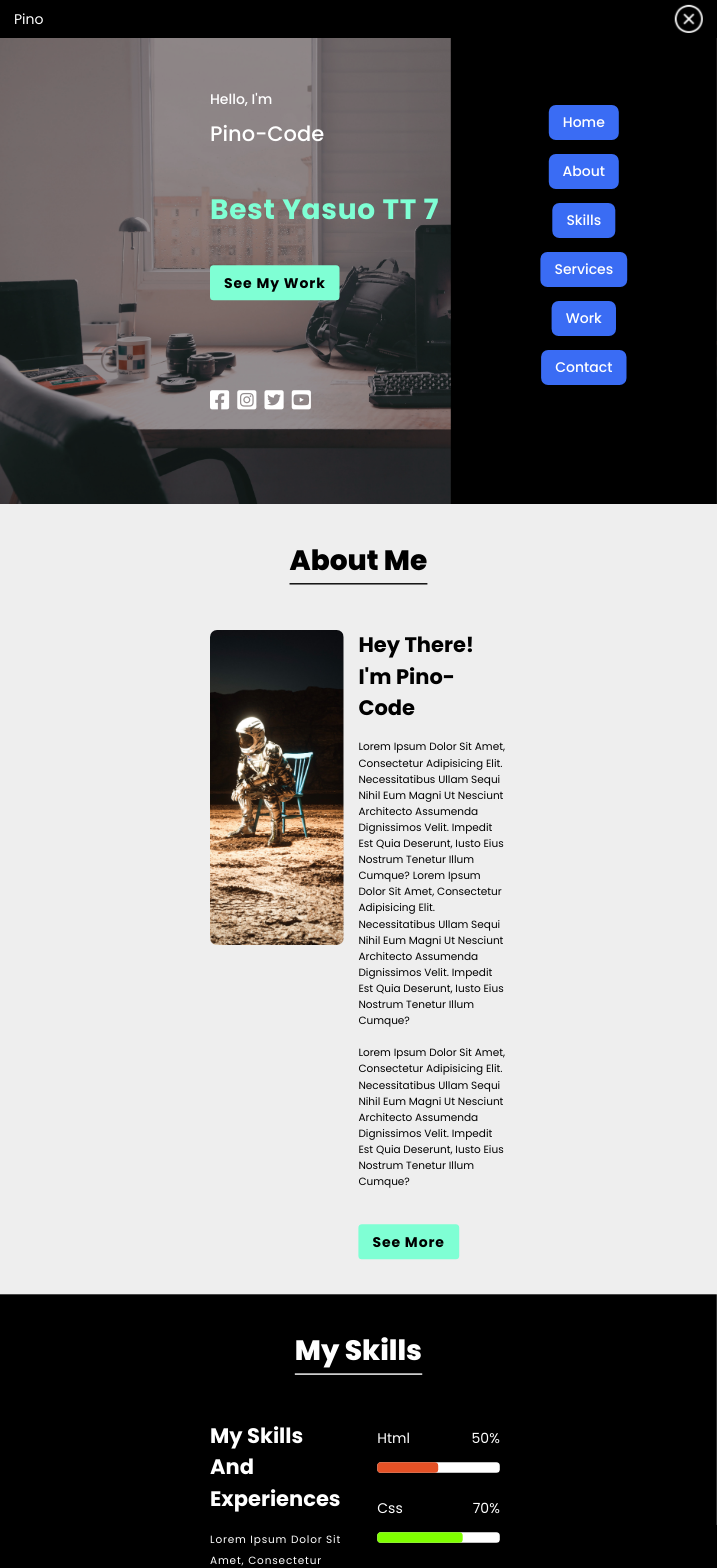
Repository: Pinocoding/New
Page: index.html
The author's editor kept a copy of each file at every save. The page is drawn from the files as they stood at one save, then again after the next save.
The browser window is 1024 px wide. The pictures show the part of the page from y = 0 to 2240 px (the page is 8793 px tall), at 70% of full size.
Empty fields were first filled with sample values (such as "Sample", 5 or name@example.com).
After loading, the first visible `div.menu-btn` was clicked once.
Backgrounds fixed to the window are drawn as part of the page.

Above is the page before, as saved 2021-10-16 12:29:39.

### index.html
<!DOCTYPE html>
<html lang="en">
<head>
  <meta charset="UTF-8">
  <meta http-equiv="X-UA-Compatible" content="IE=edge">
  <meta name="viewport" content="width=device-width, initial-scale=1.0">
  <title>Document</title>
  <link rel="stylesheet" href="style.css">
  <link rel="stylesheet" href="https://cdnjs.cloudflare.com/ajax/libs/font-awesome/6.0.0-beta2/css/all.min.css" integrity="sha512-YWzhKL2whUzgiheMoBFwW8CKV4qpHQAEuvilg9FAn5VJUDwKZZxkJNuGM4XkWuk94WCrrwslk8yWNGmY1EduTA==" crossorigin="anonymous" referrerpolicy="no-referrer" />


</head>
<body>
  <!-- header -->
  <header>
    <a href="#main" class="brand">Pino</a>
    <div class="menu-btn"></div>
    <div class="navigation">
        <a href="#main">home</a>
        <a href="#about">About</a>
        <a href="#skills">Skills</a>
        <a href="#services">Services</a>
        <a href="#work">Work</a>
        <a href="#contact">Contact</a>
    </div>
  </header>
  <!--  -->
  <!-- section main  -->
  <section class="main">
    <div class="layout"></div>
    <div class="content">
    <h2>hello, I'm<br><span>Pino-code</span></h2>
    <div class="animated-text">
      <h3>FE developer</h3>
      <h3>Best Yasuo TT 7</h3>
      <h3>Best NoVo CS GO</h3>
    </div>
    <a href="#about" class="btn">see my work</a>
    <div class="media-icon">
      <a href="#"><i class="fab fa-facebook-square"></i></a>
      <a href="#"><i class="fab fa-instagram-square"></i></a>
      <a href="#"><i class="fab fa-twitter-square"></i></a>
      <a href="#"><i class="fab fa-youtube-square"></i></a>
    </div>
  </div>

  </section>
  <!--  -->
  <!-- section about -->
  <section class="about" id="about">
    <!-- title -->
    <div class="title">
      <h2 class="section-title">
        about me
      </h2>
    </div>
    <!--  -->
    <!-- content -->
    <div class="content">
      <div class="column col-left">
        <div class="img-card">
          <img src="/img/002.jpg" alt="">
        </div>
      </div>
      <div class="column col-right">
        <h2 class="content-title">Hey there! i'm pino-code</h2>
        <p>Lorem ipsum dolor sit amet, consectetur adipisicing elit. Necessitatibus ullam sequi nihil eum magni ut nesciunt architecto assumenda dignissimos velit. Impedit est quia deserunt, iusto eius nostrum tenetur illum cumque?
          Lorem ipsum dolor sit amet, consectetur adipisicing elit. Necessitatibus ullam sequi nihil eum magni ut nesciunt architecto assumenda dignissimos velit. Impedit est quia deserunt, iusto eius nostrum tenetur illum cumque?
          <br>
          <br>
          Lorem ipsum dolor sit amet, consectetur adipisicing elit. Necessitatibus ullam sequi nihil eum magni ut nesciunt architecto assumenda dignissimos velit. Impedit est quia deserunt, iusto eius nostrum tenetur illum cumque?
        </p>
        <a href="#about" class="btn">See more</a>
      </div>
    </div>
      <!--  -->


    </section>
    <!--  -->

        <!-- section skills -->
    <section class="skills" id="skills">
      <div class="title">
        <h2 class="section-title">
          my skills
        </h2>
      </div>
      <div class="content">
        <div class="column col-left">
          <h2 class="content-title">
            my skills and experiences</h2>
            <p>Lorem ipsum dolor sit amet, consectetur adipisicing elit. Ut amet doloremque ratione quam quos dolores nesciunt nam eaque esse cum obcaecati voluptas unde, magnam mollitia ducimus libero! Ducimus, fugiat recusandae.<br>
            Lorem ipsum dolor sit amet consectetur, adipisicing elit. Voluptas quia expedita omnis perspiciatis, similique voluptates doloribus error odio vitae voluptatem pariatur repellat reiciendis laudantium, autem minus ad placeat facere accusantium?</be></p>
            <a href="#" class="btn">see more</a>
        </div>

      <div class="column col-right">
        <div class="bar">
          <div class="infor">
            <span>html</span>
            <span>50%</span>
          </div>
          <div class="line html"></div>
        </div>
        <div class="bar">
          <div class="infor">
            <span>css</span>
            <span>70%</span>
          </div>
          <div class="line css"></div>
        </div>
        <div class="bar">
          <div class="infor">
            <span>javascript</span>
            <span>20%</span>
          </div>
          <div class="line javascript"></div>
        </div>
        <div class="bar">
          <div class="infor">
            <span>jquery</span>
            <span>20%</span>
          </div>
          <div class="line jquery"></div>
        </div>
      </div>

      </div>
    </section>
    <!--  -->
    <!-- section services -->
<section class="services" id="services">
  <div class="title">
    <h2 class="section-title">
      my services
    </h2>
    <p>Lorem ipsum dolor sit amet consectetur adipisicing elit. Quasi, iusto. Odio tempore maxime minus nihil est nemo, impedit libero ipsa dolorem voluptatibus sed voluptatum, porro deserunt, sapiente tempora quae dolorum.</p>
  </div>
  <div class="content">
    <div class="card">
      <div class="service-icon">
        <i class='fas fa-palette'></i>
      </div>
      <div class="infor">
        <h3>web design</h3>
        <p>Lorem ipsum dolor sit amet consectetur adipisicing elit. Voluptate quibusdam debitis, ratione assumenda laudantium ullam fuga quos eos beatae commodi fugit a .

        </p>
      </div>

    </div>
    <div class="card">
      <div class="service-icon">
        <i class='far fa-file-code'></i>
      </div>
      <div class="infor">
        <h3>web development</h3>
        <p>Lorem ipsum dolor sit amet consectetur adipisicing elit. Voluptate quibusdam debitis, ratione assumenda laudantium ullam fuga quos eos beatae commodi fugit a . </p>
      </div>

    </div>
    <div class="card">
      <div class="service-icon">
        <i class='far fa-object-group'></i>
      </div>
      <div class="infor">
        <h3>motion graphic design</h3>
        <p>Lorem ipsum dolor sit amet consectetur adipisicing elit. Voluptate quibusdam debitis, ratione assumenda laudantium ullam fuga quos eos beatae commodi fugit a .</p>
      </div>

    </div>
  </div>


</section>
<!--  -->
<!-- section work  -->
<section class="work" id="work">
  <div class="title">
    <div class="section-title">my work</div>
  </div>
  <div class="content">
    <div class="card">
      <div class="card-img">
        <img src="/img/1.jpg" alt="">
      </div>
    </div>
    <div class="card">
      <div class="card-img">
        <img src="/img/2.jpg" alt="">
      </div>
    </div>
    <div class="card">
      <div class="card-img">
        <img src="/img/3.jpg" alt="">
      </div>
    </div>
    <div class="card">
      <div class="card-img">
        <img src="/img/4.jpg" alt="">
      </div>
    </div>
    <div class="card">
      <div class="card-img">
        <img src="/img/5.jpg" alt="">
      </div>
    </div>
    <div class="card">
      <div class="card-img">
        <img src="/img/boy.jpg" alt="">
      </div>




    </div>
    <div class="title">
      <a href="#" class="btn">See All</a>
    </div>



  </div>

</section>
<!--  -->

<!-- contact -->
<section class="contact" id="contact">
  <div class="title">
    <h2 class="section-title">
      contact Me
    </h2>
  </div>
  <div class="content">
    <div class="row">
      <div class="card">
        <div class="contact-icon">
          <i class="fas fa-map-marker-alt"></i>

        </div>
        <div class="infor">
          <h3>address</h3>
          <span>addess,city,country</span>
        </div>
        </div>
        <div class="card">
          <div class="contact-icon">
            <i class="fas fa-phone"></i>

          </div>
          <div class="infor">
            <h3>phone</h3>
            <span>+000000000</span>
          </div>
        </div>
          <div class="card">
            <div class="contact-icon">
              <i class="far fa-envelope"></i>

            </div>
            <div class="infor">
              <h3>email address</h3>
              <span>contact@email.com</span>
            </div>
          </div>
          <di class="card">
            <div class="contact-icon">
              <i class="fas fa-globe"></i>

            </div>
            <div class="infor">
              <h3>website</h3>
              <span>my website.com</span>
            </div>
          </di v>
    </div>
    <!-- quan trọng [form] -->
    <div class="row">
      <div class="contact-form">
        <h3>Send Message</h3>
        <div class="input-box">
          <input type="text" name="" value="" placeholder="Name">
        </div>
        <div class="input-box">
          <input type="text" name="" value="" placeholder="Email">
        </div>
        <div class="input-box">
          <textarea name="name" rows="8" cols="80" placeholder="Message"></textarea>
        </div>
        <div class="input-box">
          <input type="submit" class="send-btn" name="" value="send">
        </div>
      </div>

    </div>


</section>
<!--  -->
<!--  -->
<footer class="footer">
  <span class="footer-title">
    pino-code
  </span>
<p>copyright @2021 <a href="#">Pino-code</a> .All rights reserved</p>
</footer>
  <script
  src="https://code.jquery.com/jquery-3.6.0.js"
  integrity="sha256-H+K7U5CnXl1h5ywQfKtSj8PCmoN9aaq30gDh27Xc0jk="
  crossorigin="anonymous"></script>
  <script src="function.js"></script>
</body>
</html>

### style.css
/* @import url("https://fonts.googleapis.com/css2?family=Comic+Neue:wght@400;700&display=swap"); */
@import url("https://fonts.googleapis.com/css2?family=Poppins:wght@300;400;500;700;800&display=swap");
* {
  font-size: 62.5%;
  /* font-family: "Comic Neue", cursive; */
  font-family: "Poppins", sans-serif;
  margin: 0;
  padding: 0;
  box-sizing: border-box;
  text-transform: capitalize;
  /* kéo mượt chuột */
  scroll-behavior: smooth;
  /*  */
}
body {
  min-height: 110vh;
  background: #eee;
}
/* for header */
header {
  position: fixed;
  z-index: 99;
  background: rgb(0, 0, 0);
  top: 0;
  left: 0;
  width: 100%;
  padding: 2rem 5rem;
  display: flex;
  justify-content: space-between;
  align-items: center;
}
/* hover navigation */
header .navigation a:hover {
  color: aquamarine;
}
/*header sticky */
header.sticky {
  background: rgba(0, 0, 0, 0.26);
}
/*  */
header .brand {
  text-decoration: none;
  font-size: 2rem;
  color: white;
}
header .navigation a {
  font-size: 1.5rem;
  text-decoration: none;
  color: white;
  padding: 0 1rem;
}
/*  */
section {
  padding: 5rem 30rem;
}
/* for banner */
.main {
  position: relative;
  width: 100%;
  min-height: 100vh;
  display: flex;
  align-items: center;
  background: url("/img/0.jpg") no-repeat;
  background-size: cover;
  background-position: center;
  background-attachment: fixed;
  z-index: 1;
}
.main .layout {
  position: absolute;
  top: 0;
  left: 0;
  width: 100%;
  height: 100%;
  background: black;
  opacity: 0.3;
  z-index: -1;
}
.main .content {
  max-width: 100rem;
}
.main .content h2 {
  margin-bottom: 5rem;
  color: white;
  font-size: 2rem;
  font-weight: 500;
  line-height: 5rem;
}
.main .content h2 span {
  font-size: 3rem;
}

.animated-text {
  position: relative;
  height: 6rem;
  overflow: hidden;
}
.animated-text h3 {
  color: aquamarine;
  font-size: 4rem;
  font-weight: 700;
  line-height: 60px;
  letter-spacing: 1px;
}
/* animated text for h3 */
.animated-text h3:nth-child(1) {
  animation: text-move 7s infinite;
}
@keyframes text-move {
  0% {
    margin-top: 0;
  }
  25% {
    margin-top: -60px;
  }
  50% {
    margin-top: -120px;
  }
  100% {
    margin-top: 0;
  }
}
/*  */
.btn {
  margin-top: 5rem;
  color: black;
  background: aquamarine;
  font-size: 2rem;
  font-weight: 700;
  display: inline-block;
  padding: 10px 20px;
  text-decoration: none;
  letter-spacing: 1.3px;
  border-radius: 5px;
  /* box-shadow: -1px 5px 10px #888888; */
  transition: 0.5s ease;
}
.btn:hover {
  transform: scale(1.1);
}

.media-icon {
  margin-top: 10rem;
}
.media-icon a {
  color: white;
  font-size: 5rem;
  margin-right: 1rem;
  transition-property: transform, color;
  transition: 0.2s;
}
.media-icon a:hover i {
  color: aquamarine;
  transform: translateY(-2px);
  transition: 0.2s;
}
/*  */
/* for section about  */
.title {
  width: 100%;
  display: flex;
  justify-content: center;
  align-items: center;
  flex-direction: column;
}
/* gach dưới , chấm */
.section-title {
  text-transform: capitalize;
  position: relative;
  color: black;
  font-size: 4rem;
  font-weight: 800;
  margin-bottom: 5rem;
}
.section-title:after {
  content: "";
  position: absolute;
  top: 105%;
  left: 50%;
  width: 100%;
  height: 2px;
  transform: translateX(-50%);
  background: currentColor;
}

/*  */
/*  content */
.about .content {
  position: relative;
  width: 100%;
  display: flex;
  justify-content: space-between;
  margin-top: 2rem;
}
/* content > col-left */
.about .content .col-left {
  position: relative;
  width: 45%;
}
.about .content .col-left .img-card {
  position: relative;
  width: 100%;
  min-height: 45rem;
}
.about .content .col-left .img-card img {
  position: absolute;
  top: 0;
  left: 0;
  width: 100%;
  height: 100%;
  object-fit: cover;
  border-radius: 10px;
}
/* content > col-right */
.about .content .col-right {
  width: 50%;
  position: relative;
}
.content-title {
  font-size: 3rem;
  margin-bottom: 2rem;
}
.about .content .col-right p {
  font-size: 1.5rem;
}
/* .column .btn {
  margin-top: 9rem;
  color: black;
  background: linear-gradient(to top left, aquamarine, transparent);
  font-size: 2rem;
  font-weight: 700;
  display: inline-block;
  padding: 15px 20px;
  text-decoration: uppercase;
  text-decoration: none;
  letter-spacing: 1px;
  border-radius: 10px;
  box-shadow: -1px 5px 10px #888888;
  transition: 0.5s ease;
}
.btn:hover {
  transform: scale(1.1);
} */
/*  */
/* skills */
.skills {
  background: black;
}
.skills .section-title {
  color: white;
}

.skills .section-title::before {
  background: currentColor;
}
.skills .content {
  position: relative;
  width: 100%;
  display: flex;
  justify-content: space-between;
  color: white;
  margin-top: 2rem;
}
/* skills => col-left */
.skills .content .col-left {
  position: relative;
  width: 46%;
}
/*  */
/* skills => col-right */
.skills .content .col-right {
  position: relative;
  width: 46%;
}
.skills .content .col-right .bar {
  margin-bottom: 15px;
  padding: 10px;
}
.skills .content .col-right .bar .infor {
  display: flex;
  align-items: center;
  justify-content: space-between;
  margin-bottom: 2rem;
}

.skills .content .col-right .bar .infor span {
  font-size: 2rem;
}
/* thanh % */
.skills .content .col-right .bar .line {
  position: relative;
  width: 100%;
  height: 15px;
  border-radius: 5px;
  background: white;
}
.skills .content .col-right .bar .line::before {
  content: "";
  position: absolute;
  top: 0;
  left: 0;

  height: 100%;
  /* background-color: rgb(42, 40, 136); */
  border-radius: 5px;
}
.skills .content .col-right .bar .html::before {
  width: 50%;
  background: #e45126;
}
.skills .content .col-right .bar .css::before {
  width: 70%;
  background-color: chartreuse;
}
.skills .content .col-right .bar .javascript::before {
  width: 20%;
  background-color: rgb(0, 60, 255);
}
.skills .content .col-right .bar .jquery::before {
  width: 20%;
  background-color: rgb(0, 38, 255);
}

/*  */
.skills p {
  font-size: 1.5rem;
  line-height: 3rem;
  letter-spacing: 1.2px;
}
/* .skills .content .btn {
  margin-top: 2rem;
  color: white;

  background: linear-gradient(to top left, aquamarine, transparent);
  font-size: 2rem;
  font-weight: 700;
  display: inline-block;
  padding: 15px 20px;
  text-decoration: uppercase;

  letter-spacing: 1px;
  border-radius: 10px;

  transition: 0.5s ease;
}
.btn:hover {
  transform: scale(1.1);
} */
/*  */
/* for services */
.services .content {
  display: flex;
  justify-content: center;
  flex-wrap: wrap;
  flex-direction: row;
  margin-top: 20px;
}
.title p {
  font-size: 2rem;
  text-align: center;
  width: 80%;
}

.services .content .card {
  background-color: white;
  width: 34rem;
  margin: 10px;
  padding: 25px;
  justify-content: center;
  align-items: center;
  flex-direction: column;
  box-shadow: 0 5px 25px rgba(1 1 1 /15%);
  border-radius: 10px;
}
.services .content .card .service-icon i {
  color: #3a6cf4;
  display: flex;
  justify-content: center;
  align-items: center;
  font-size: 13rem;

  text-align: center;
  transition: transform 0.3s ease;
  margin-bottom: 1rem;
}
.services .content .card:hover .service-icon i {
  transform: scale(1.2);
}
.services .content .card .infor {
  text-align: center;
}
.services .content .card .infor p {
  font-size: 1.5rem;
  text-align: center;
}
.services .content .card .infor h3 {
  font-size: 2rem;
  color: #3a6cf4;
  font-weight: 500;
  margin-bottom: 2rem;
}
/*  */
/* section work */
.work {
  background: black;
}
.work .content {
  display: flex;
  justify-content: center;
  align-items: center;
  flex-direction: row;
  flex-wrap: wrap;
  margin-top: 20px;
}
.work .content .card {
  width: 34rem;
  margin: 15px;
}
.work .content .card .card-img {
  position: relative;
  width: 100%;
  height: 26rem;
  overflow: hidden;
  border-radius: 2rem;
}
.work .content .card .card-img img {
  position: absolute;
  top: 0;
  left: 0;
  width: 100%;
  height: 100%;
  object-fit: cover;
  transition: transform 0.3s ease;
}
.work .content .card .card-img img:hover {
  transform: scale(1.2);
}
.work .section-title {
  color: white;
}
.work .section-title::before {
  background: currentColor;
}
/* for contact */
.contact .content {
  display: flex;
  justify-content: center;
  flex-wrap: wrap;
  flex-direction: column;
  margin-top: 20px;
}
.contact .content .row {
  display: flex;
  justify-content: center;
  flex-wrap: wrap;
  flex-direction: row;
}
.contact .content .row .card {
  background: white;
  width: 240px;
  margin: 2rem;
  padding: 25px;
  display: flex;
  justify-content: center;
  align-items: center;
  flex-direction: column;
  box-shadow: 0 5px 25px rgba(1 1 1 /15%);
  border-radius: 10px;
}
.contact .content .row .card .contact-icon {
  font-size: 15rem;
  display: flex;
  justify-content: center;
  align-items: center;
  margin-bottom: 2rem;
  color: #3a6cf4;
}
.contact .content .row .card:hover .contact-icon {
  transform: translateY(-10px);
  transition: 0.3s;
}
.contact .content .row .card .infor {
  text-align: center;
}
.contact .content .row .card .infor h3 {
  font-size: 2rem;
  margin-bottom: 1rem;
}
.contact .content .row .card .infor span {
  font-size: 1.5rem;
  letter-spacing: 1.5px;
}
/* important */
.contact-form {
  background: white;
  max-width: 60rem;
  margin-top: 50px;
  padding: 50px;
  border-radius: 10px;
  box-shadow: 0 5px 25px rgba(1 1 1 /15%);
}
.contact-form h3 {
  color: #111;
  font-size: 2rem;
  font-weight: 600;
  margin-bottom: 40px;
}
.contact-form .input-box {
  position: relative;
  width: 100%;
  margin-bottom: 20px;
}
.contact-form .input-box input,
.contact-form .input-box textarea {
  color: #111;
  width: 100%;
  padding: 10px;
  font-size: 1.5rem;
  border-radius: 4px;
  outline: none;
  border: 1px solid black;
  resize: none;
}
.contact-form .input-box .send-btn {
  color: white;
  background: #3a6cf4;
  /* display: inline-block; */
  font-size: 1.5rem;
  font-weight: 500;
  letter-spacing: 2px;
  width: 100%;
  border: none;
  text-transform: uppercase;
  cursor: pointer;
  transition: 0.3s ease;
}
.contact-form .input-box .send-btn:hover {
  background: #235bf6;
}
/*  */
/* footer  */
.footer {
  background: #000016;
  color: white;
  text-align: center;
  padding: 2rem;
}
.footer .footer-title {
  font-size: 2rem;
  font-weight: 600;
}
.footer p {
  font-size: 16px;
  margin-top: 1rem;
}
.footer p a {
  color: aquamarine;
  font-weight: 600;
  font-size: 16px;
  text-decoration: none;
}
/*  */
/* respon   */
@media (max-width: 1040px) {
  header {
    padding: 12px 20px;
  }
  /*  làm  menubtn > closebtn */
  header .menu-btn {
    position: absolute;
    background: url("img/NicePng_button-png_147111.png") no-repeat;
    width: 40px;
    height: 40px;
    filter: invert(1);

    background-size: 40px;
    background-position: center;
    right: 0;
    margin: 0 20px;
    cursor: pointer;
    transition: 0.3s ease;
  }
  header .menu-btn.active {
    z-index: 99;
    background: url("img/close-circular-button-symbol.png") no-repeat;
    width: 40px;
    height: 40px;
    filter: invert(1);

    background-size: 40px;
    background-position: center;
    transition: 0.3s ease;
  }
  /*  */
  /* làm navigation > navigation active  */
  header .navigation {
    /* position: relative; */
    display: none;
  }
  header .navigation.active {
    z-index: 88;
    position: fixed;
    background-color: black;
    top: 0;
    right: 0;
    width: 38rem;
    height: 100%;
    display: flex;
    flex-direction: column;
    justify-content: center;
    align-items: center;
    transition: 0.3s ease;
  }
  header .navigation a {
    color: white;
    font-weight: 500;
    font-size: 2rem;

    margin-bottom: 2rem;
    background: #3a6cf4;
    padding: 1rem 2rem;
    border-radius: 10px;
  }
}
/*  */

### function.js
// js for navication bar on scroll
window.addEventListener("scroll", function () {
  const header = document.querySelector("header");
  header.classList.toggle("sticky", window.scrollY > 0);
});

//  js for  menubtn $ navigation bar
const menuBtn = document.querySelector(".menu-btn");
const navigation = document.querySelector(".navigation");

menuBtn.addEventListener("click", () => {
  menuBtn.classList.toggle("active");
  navigation.classList.toggle("active");
});

After the next save:
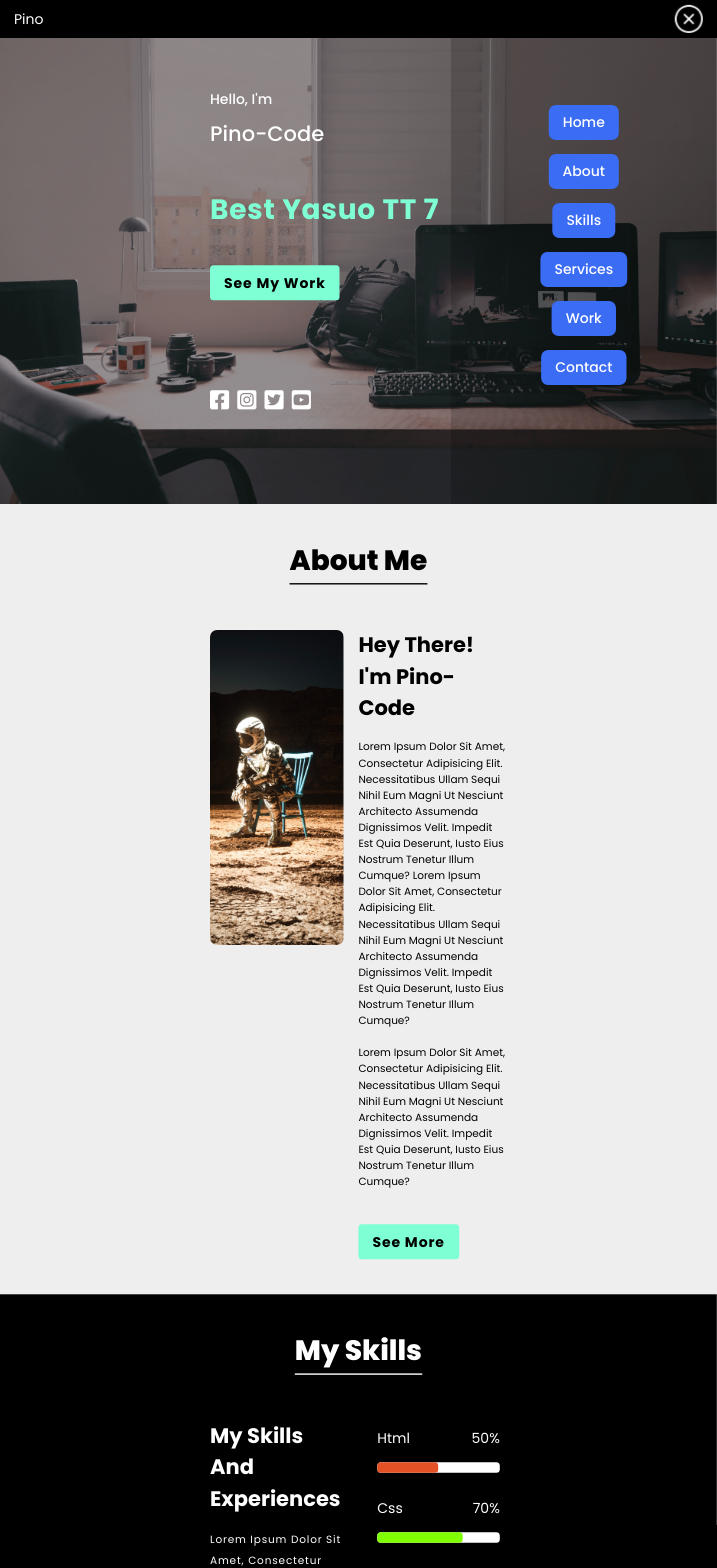
Saved 10 s later.
--- a/style.css
+++ b/style.css
@@ -600,7 +600,7 @@ section {
   header .navigation.active {
     z-index: 88;
     position: fixed;
-    background-color: black;
+    background-color: rgba(0, 0, 0, 0.164);
     top: 0;
     right: 0;
     width: 38rem;
